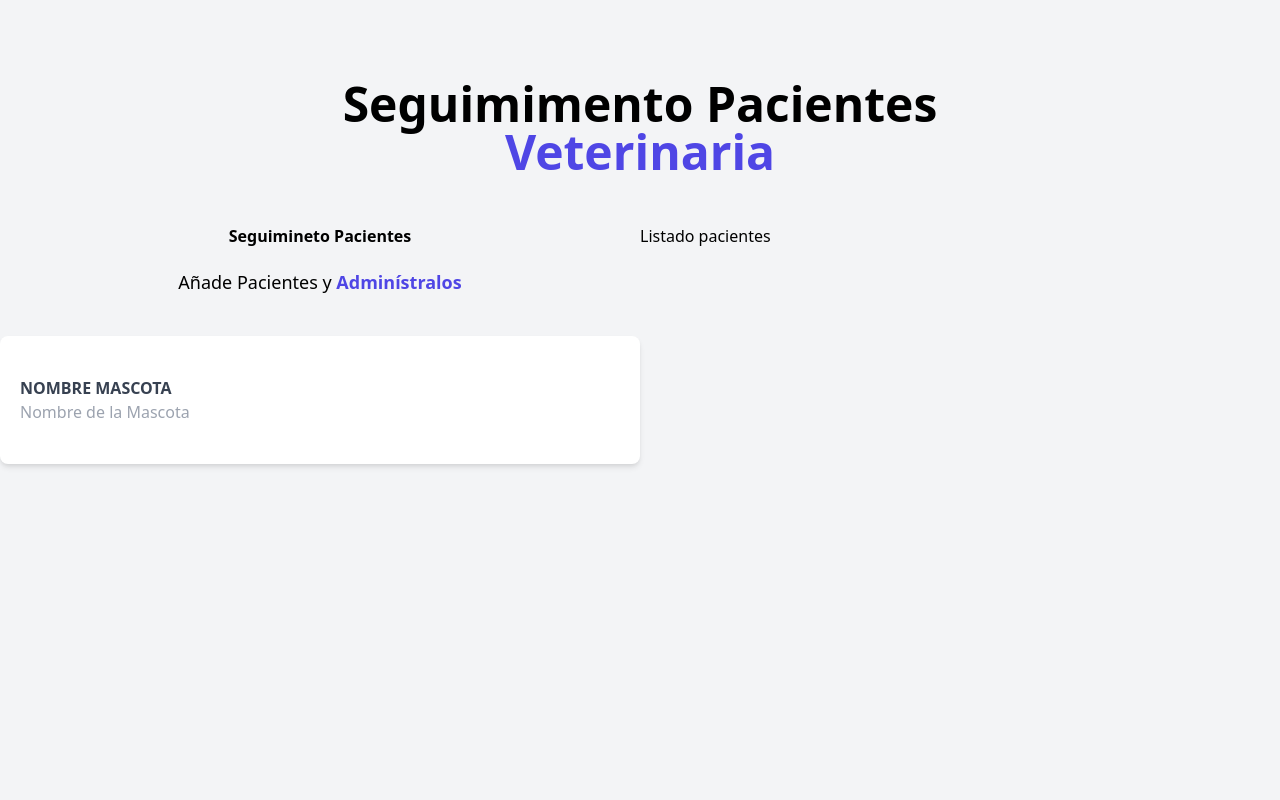
Repository: rlaureano/citas_react
Page: /
The author's editor kept a copy of each file at every save. The page is drawn from the files as they stood at one save, then again after the next save.
The browser window is 1280 px wide. The pictures show the whole page.
The project was rebuilt for these pictures with package versions that can differ from the ones it lists, and the page was loaded fresh each time. Also part of the build but not shown: vite.config.js.

Above is the page before, as saved 2022-01-11 22:09:52.

After the next save:
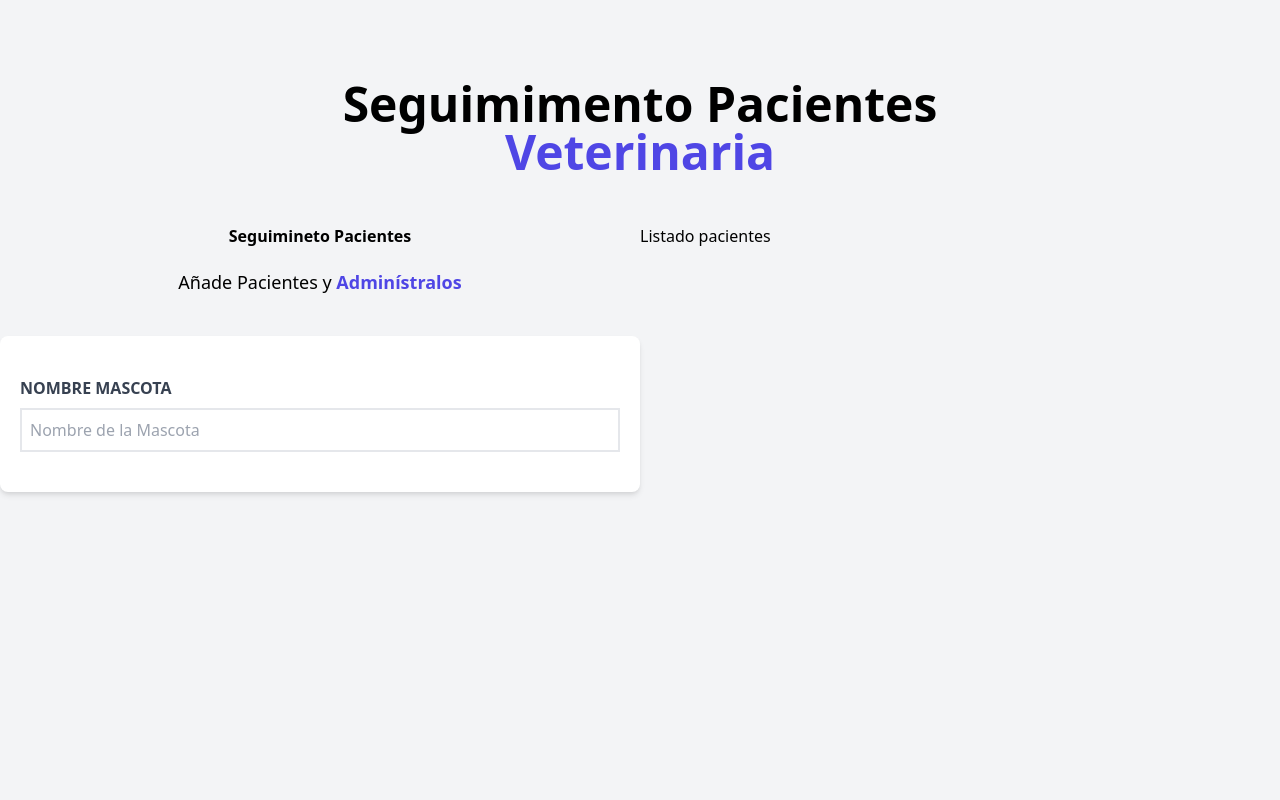
Saved 31 s later.
--- a/src/components/Formulario.jsx
+++ b/src/components/Formulario.jsx
@@ -17,6 +17,7 @@ const Formulario = () => {
           <input
             type="text"
             placeholder="Nombre de la Mascota"
+            className="border-2 w-full p-2 mt-2"
           />
         </div>
       </form>
